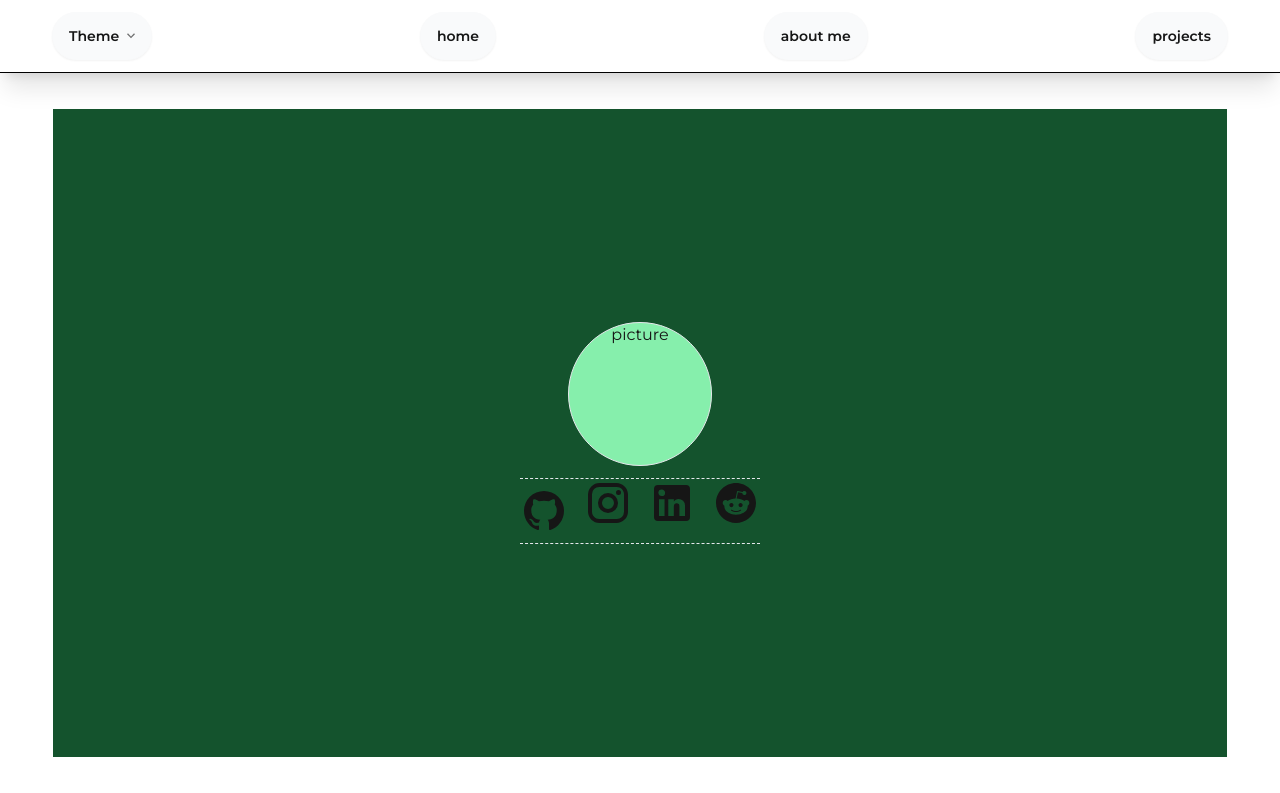
Repository: Yakyaz/myWebsite
Page: /home
The author's editor kept a copy of each file at every save. The page is drawn from the files as they stood at one save, then again after the next save.
The browser window is 1280 px wide. The pictures show the whole page.
The project was rebuilt for these pictures with package versions that can differ from the ones it lists, and the page was loaded fresh each time. The framework's server and built-in components were replaced by stand-ins that run in the browser. Also part of the build but not shown: next.config.js.

Above is the page before, as saved 2023-12-02 22:50:25.

After the next save:
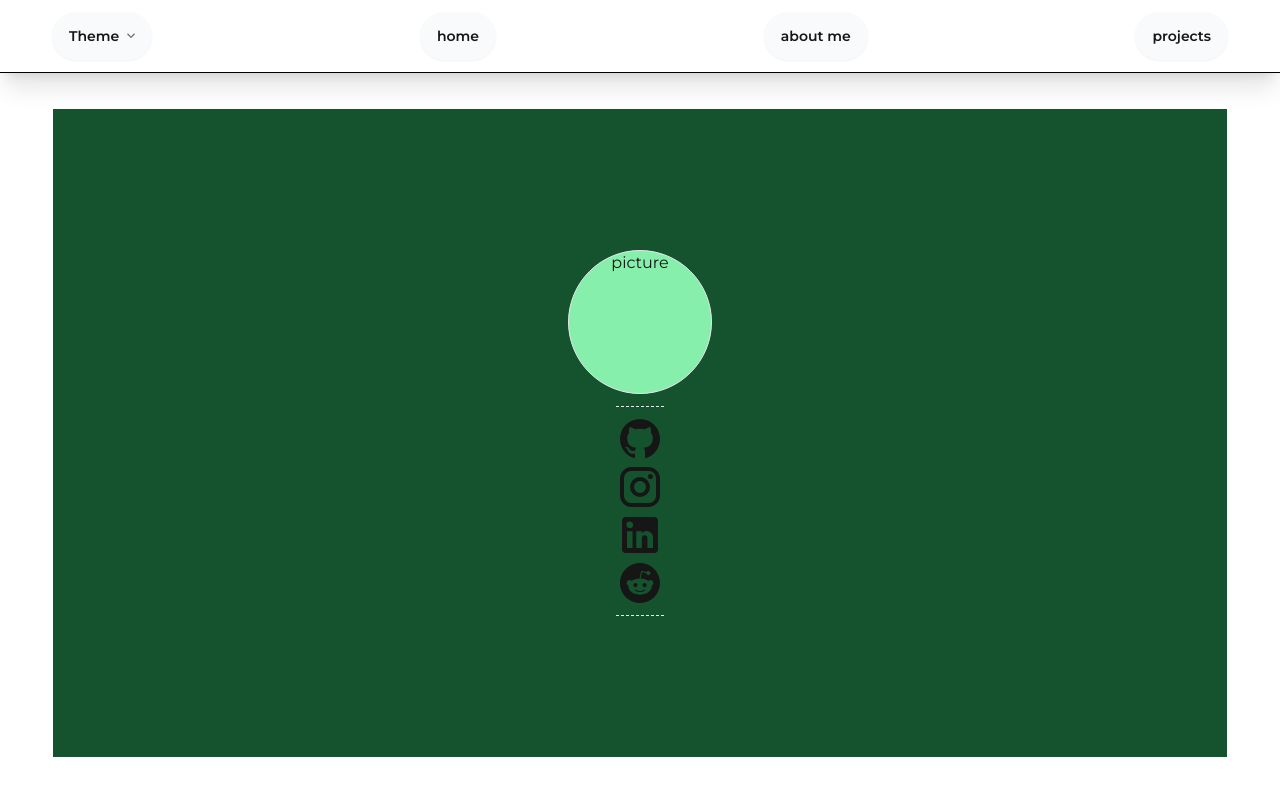
Saved 31 s later.
--- a/app/home/page.tsx
+++ b/app/home/page.tsx
@@ -14,18 +14,20 @@ function Home() {
             picture
           </div>
           <div className="flex flex-row space-x-4 border border-x-0 border-dashed ">
-            <a href="https://github.com/It3chii " className="my-2">
-              <Icon path={mdiGithub} size={2} />
-            </a>
-            <a href="https://www.instagram.com/yakupwrld_/">
-              <Icon path={mdiInstagram} size={2} />
-            </a>
-            <a href="https://www.linkedin.com/in/yakup-yazir-aa9a61247/">
-              <Icon path={mdiLinkedin} size={2} />
-            </a>
-            <a href="https://www.reddit.com/user/It3chii">
-              <Icon path={mdiReddit} size={2} />
-            </a>
+            <div className="my-2">
+              <a href="https://github.com/It3chii ">
+                <Icon path={mdiGithub} size={2} />
+              </a>
+              <a href="https://www.instagram.com/yakupwrld_/">
+                <Icon path={mdiInstagram} size={2} />
+              </a>
+              <a href="https://www.linkedin.com/in/yakup-yazir-aa9a61247/">
+                <Icon path={mdiLinkedin} size={2} />
+              </a>
+              <a href="https://www.reddit.com/user/It3chii">
+                <Icon path={mdiReddit} size={2} />
+              </a>
+            </div>
           </div>
         </div>
       </div>
